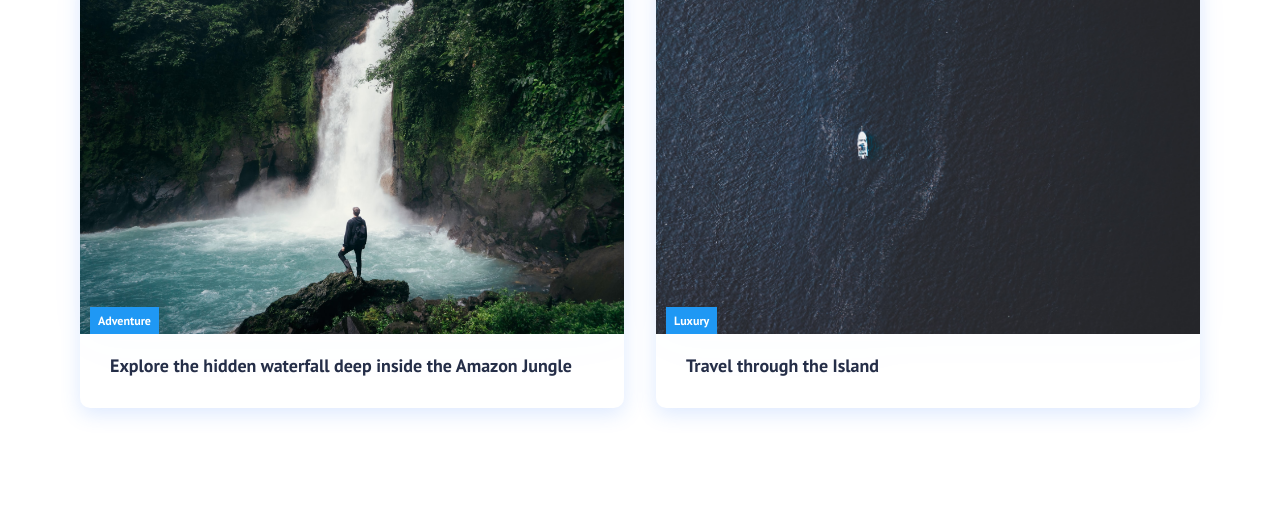
Repository: Yekta-Behzadi/site-with-react
Page: /
The author's editor kept a copy of each file at every save. The page is drawn from the files as they stood at one save, then again after a run of saves.
The browser window is 1280 px wide. The pictures show the part of the page from y = 614 to 1131 px (the page is 1131 px tall).
Some web libraries are served in a nearby version. The project was rebuilt for these pictures with package versions that can differ from the ones it lists, and the page was loaded fresh each time.

Above is the page before, as saved 2020-12-28 14:40:57.

### public/index.html
<!DOCTYPE html>
<html lang="en">
  <head>
    <meta charset="utf-8" />
    <link rel="icon" href="%PUBLIC_URL%/favicon.ico" />
    <meta name="viewport" content="width=device-width, initial-scale=1" />
    <meta name="theme-color" content="#000000" />
    <meta
      name="description"
      content="Web site created using create-react-app"
    />
    <link rel="apple-touch-icon" href="%PUBLIC_URL%/logo192.png" />
    <!--
      manifest.json provides metadata used when your web app is installed on a
      user's mobile device or desktop. See https://developers.google.com/web/fundamentals/web-app-manifest/
    -->
    <link rel="manifest" href="%PUBLIC_URL%/manifest.json" />
    <!--
      Notice the use of %PUBLIC_URL% in the tags above.
      It will be replaced with the URL of the `public` folder during the build.
      Only files inside the `public` folder can be referenced from the HTML.

      Unlike "/favicon.ico" or "favicon.ico", "%PUBLIC_URL%/favicon.ico" will
      work correctly both with client-side routing and a non-root public URL.
      Learn how to configure a non-root public URL by running `npm run build`.
    -->
    <script src="https://kit.fontawesome.com/5deef7d942.js" crossorigin="anonymous"></script>
    <link
    href="https://fonts.googleapis.com/css2?family=PT+Sans:wght@700&display=swap"
    rel="stylesheet"
  />
    <title>React App</title>
  </head>
  <body>
    <noscript>You need to enable JavaScript to run this app.</noscript>
    <div id="root"></div>
    <!--
      This HTML file is a template.
      If you open it directly in the browser, you will see an empty page.

      You can add webfonts, meta tags, or analytics to this file.
      The build step will place the bundled scripts into the <body> tag.

      To begin the development, run `npm start` or `yarn start`.
      To create a production bundle, use `npm run build` or `yarn build`.
    -->
  </body>
</html>

### src/App.js
import React from 'react'
import './App.css';
import Navbar from './components/navbar/Navbar';
import {BrowserRouter as Router, Switch, Route,Redirect} from 'react-router-dom'
import Home from './pages/Home'


function App() {
  return (
    <>
    <Router>
    <Navbar/>
      <Switch>
        <Route path='/' exact component={Home} />

      </Switch>
    </Router>
    </>
  );
}

export default App;

### src/App.css
* {
  box-sizing: border-box;
  margin: 0;
  padding: 0;
  font-family: 'PT Sans', sans-serif;
}

.home,
.services,
.products,
.sign-up {
  display: flex;
  height: 90vh;
  align-items: center;
  justify-content: center;
  font-size: 3rem;
}

.services {
  /* background-image: url('/images/img-2.jpg'); */
  background-position: center;
  background-size: cover;
  background-repeat: no-repeat;
  color: #fff;
  font-size: 100px;
}

.products {
  /* background-image: url('/images/img-1.jpg'); */
  background-position: center;
  background-size: fill;
  background-repeat: no-repeat;
  color: #fff;
  font-size: 100px;
}

.sign-up {
  /* background-image: url('/images/img-8.jpg'); */
  background-position: center;
  background-size: cover;
  background-repeat: no-repeat;
  color: #fff;
  font-size: 100px;
}

### src/components/navbar/Navbar.js
import React,{useState,useEffect} from 'react'
import { Link } from 'react-router-dom'
import { Button } from '../button/Button';
import './Navbar.css'

const Navbar = () => {
const [click, setClick] = useState(false);

const [button, setButton] = useState(true)
const handleClick = ()=> setClick(!click);

const closeMobileMenu = ()=> setClick(false)

const showButton = () =>{
  if (window.innerWidth <= 960) {
    setButton(false)
  }else{
    setButton(true)
  }
}

useEffect(() => {
  showButton()

}, []);

window.addEventListener('resize', showButton);
  return (
    <>
    <nav className="navbar">
      <div className="navbar-container">
        <Link to= '/' className='navbar-logo' onClick={closeMobileMenu} >
          <a>
           LOGO <i class="fab fa-typo3"></i>
            </a>
            </Link>
            <div className="menu-icon" onClick={handleClick} >
              <i className={click ? 'fas fa-times' : 'fas fa-bars'} />
            </div>

            <ul className={click ? 'nav-menu active' : 'nav-menu'} >
              <li className="nav-item">
                <Link to='/'className ='nav-links' onClick={closeMobileMenu} >
                  Home
                </Link>
              </li>
              <li className="nav-item">
                <Link to='/services'className ='nav-links' onClick={closeMobileMenu} >
                  Services
                </Link>
              </li>
              <li className="nav-item">
                <Link to='/products'className ='nav-links' onClick={closeMobileMenu} >
                  Products
                </Link>
              </li>
              <li className="nav-item">
                <Link to='/sign-up'className ='nav-links-mobile' onClick={closeMobileMenu} >
                  Sign Up
                </Link>
              </li>
            </ul>
            {button && <Button buttonStyle='btn--outline' >Sign UP</Button>}
      </div>
    </nav>
    </>
  )
}

export default Navbar

### src/pages/Home.js
import React from 'react'
import '../App.css'
import HeroSection from '../components/HeroSection/HeroSection'
import Cards from '../components/cards/Cards'

const Home = () =>{
  return(
    <>
    <HeroSection/>
    <Cards/>
    </>
  )
}



export default Home

### src/components/button/Button.js
import React from "react";
import "./button.css";
import { Link } from "react-router-dom";

const STYLES = ["btn--perimary", "btn--outline"];
const SIZES = ["btn--medium", "btn--large"];

export const Button = ({
  children,
  type,
  onClick,
  buttonStyle,
  buttonSize,
}) => {
  const checkButtonStyle = STYLES.includes(buttonStyle)
    ? buttonStyle
    : STYLES[0];
  const checkButtonSize = SIZES.includes(buttonSize)
   ? buttonSize
   : SIZES[0];

   return(
     <Link to='/sign-up' className='btn-mobile' >
       <button className={`btn ${checkButtonStyle} ${checkButtonSize}` }
       onClick={onClick}
       type={type} >
         {children}
       </button>
     </Link>
   )
};

### src/components/navbar/Navbar.css
.navbar {
  background: linear-gradient(90deg, rgb(28, 27, 27) 0%, rgb(26, 23, 23) 100%);
  height: 80px;
  display: flex;
  justify-content: center;
  align-items: center;
  font-size: 1.2rem;
  position: sticky;
  top: 0;
  z-index: 999;
}

.navbar-container {
  display: flex;
  justify-content: center;
  align-items: center;
  height: 80px;
  max-width: 1500px;
}

.navbar-logo {
  color: #fff;
  justify-self: start;
  margin-left: 20px;
  cursor: pointer;
  text-decoration: none;
  font-size: 2rem;
  display: flex;
  align-items: center;
}

.fa-typo3 {
  margin-left: 0.5rem;
  font-size: 1.8rem;
}

.nav-menu {
  display: grid;
  grid-template-columns: repeat(4, auto);
  grid-gap: 10px;
  list-style: none;
  text-align: center;
  width: 60vw;
  justify-content: end;
  margin-right: 2rem;
}

.nav-item {
  height: 80px;
}

.nav-links {
  color: #fff;
  display: flex;
  align-items: center;
  text-decoration: none;
  padding: 0.5rem 1rem;
  height: 100%;
}

.nav-links:hover {
  border-bottom: 4px solid #fff;
  transition: all 0.2s ease-out;
}

.fa-bars {
  color: #fff;
}

.nav-links-mobile {
  display: none;
}

.menu-icon {
  display: none;
}

@media screen and (max-width: 960px) {
  .NavbarItems {
    position: relative;
  }

  .nav-menu {
    display: flex;
    flex-direction: column;
    width: 100%;
    height: 90vh;
    position: absolute;
    top: 80px;
    left: -100%;
    opacity: 1;
    transition: all 0.5s ease;
  }

  .nav-menu.active {
    background: #242222;
    left: 0;
    opacity: 1;
    transition: all 0.5s ease;
    z-index: 1;
  }

  .nav-links {
    text-align: center;
    padding: 2rem;
    width: 100%;
    display: table;
  }

  .nav-links:hover {
    background-color: #fff;
    color: #242424;
    border-radius: 0;
  }

  .navbar-logo {
    position: absolute;
    top: 0;
    left: 0;
    transform: translate(25%, 50%);
  }

  .menu-icon {
    display: block;
    position: absolute;
    top: 0;
    right: 0;
    transform: translate(-100%, 60%);
    font-size: 1.8rem;
    cursor: pointer;
  }

  .fa-times {
    color: #fff;
    font-size: 2rem;
  }

  .nav-links-mobile {
    display: block;
    text-align: center;
    margin: 2rem auto;
    border-radius: 4px;
    width: 80%;
    text-decoration: none;
    font-size: 1.5rem;
    background-color: transparent;
    color: #fff;
    padding: 14px 20px;
    border: 1px solid #fff;
    transition: all 0.3s ease-out;
  }

  .nav-links-mobile:hover {
    background: #fff;
    color: #242424;
    transition: 250ms;
  }
}

### src/components/HeroSection/HeroSection.js
import React from 'react'
import { Button } from '../button/Button'
import './HeroSection.css'
import '../../App.css'
const HeroSection = () => {
  return (
    <div className='hero-container' >
      <video src="/videos/video-2.mp4" muted autoPlay loop/>
      <h1>Adventure Await</h1>
      <p>what are you waiting for?</p>

      <div className="hero-btns">
        <Button className = 'btns' buttonStyle = 'btn--outline' buttonSize = 'btn--large'>Get Started</Button>
        <Button className = 'btns' buttonStyle = 'btn--primary' buttonSize = 'btn--large'>Watch Trailer
        <i className='far fa-play-circle' /></Button>
      </div>

    </div>
  )
}

export default HeroSection

### src/components/cards/Cards.js
import React from 'react'
import CardItem from '../cardItem/CardItem'
import './Cards.css'
function Cards() {
  return (
    <div className='cards' >
      <h1> Check out these EPIC Destination!</h1>
      <div className="card__container">
        <div className="cards__wrapper">
          <ul className="cards__items">
            <CardItem
            src='images/img-9.jpg'
            text='Explore the hidden waterfall deep inside the Amazon Jungle'
            label='Adventure'
            path='/services' />
            <CardItem
            src='images/img-3.jpg'
            text='Travel through the Island '
            label='Luxury'
            path='/services' />
          </ul>
        </div>
      </div>
    </div>
  )
}

export default Cards

### src/components/button/button.css
:root {
  --primary: #fff;
}

.btn{
  padding: 8px 20px;
  border:none;
  outline: none;
  cursor: pointer;
  border-radius: 2px;
}

.btn--primary {
  background-color: var(--primary);
  color: #242424;
  border:1px solid var(--primary)
}

.btn--outline{
  background-color: transparent;
  color: #fff;
  padding: 8px 20px;
  border:1px solid var(--primary);
  transition: all 0.3s ease-out;
}

.btn--medium{
  padding: 8px 20px;
  font-size: 20px;
}

.btn--large{
  padding: 12px 26px;
  font-size: 20px;
}

.btn--medium:hover, .btn--large:hover{
  background-color: #fff;
  transition: all 0.3s ease-out;
  color: #242424;
}

### src/components/HeroSection/HeroSection.css
video{
object-fit: cover;
width: 100%;
height: 100%;
position: fixed;
z-index: -1;
}

.hero-container{
  /* background: url('images/img-home.jpg') center center/cover no-repeat; */
  height: 100 vh;
  width: 100%;
  display: flex;
  flex-direction: column;
  justify-content: center;
  align-items: center;
  box-shadow: inset 0 0 0 1000px rgba(0,0,0,0.2);
  object-fit: contain;
}

.hero-container >h1 {
  color: #fff;
  font-size: 100px;
  /* margin-top: -100px; */
}

.hero-container >p{
  color: #fff;
  margin-top: 8px;
  font-size: 32px;
  font-family: 'Trebuchet MS', 'Lucida Sans Unicode', 'Lucida Grande', 'Lucida Sans', Arial, sans-serif;
}

.hero-btns {
  margin-top: 32px;
}

.hero-btns .btn{
  margin: 10px;
}

.fa-play-circle{
  margin-left: 4px;
}

@media screen and (max-width: 960px){
  .hero-container >h1 {
    font-size: 70px;
    /* margin-top: -150px; */
  }
}

@media screen and (max-width: 760px){
  .hero-container >h1 {
    font-size: 50px;
    /* margin-top: -100px; */
  }
}

.hero-container > p {
  font-size: 30px;
}

.btn-mobile {
  display: block;
  text-decoration: none;
}

.btn{
  width: 100%;
}

### src/components/cardItem/CardItem.js
import React from 'react'
import {Link} from 'react-router-dom'

const CardItem = ({path,src,text,label}) => {
  return (
    <>
    <li className="cards__item">
      <Link className='cards__item__link' to={path} >
        <figure className="cards__item__pic-wrap" data-category={label} >
          <img src={src} alt="Travel Image" className="cards__item__img"/>
        </figure>
        <div className="cards__item__info">
          <h5 className="cards__item__text"> {text} </h5>
        </div>
      </Link>

    </li>
    </>
  )
}

export default CardItem

### src/components/cards/Cards.css
.cards {
  padding: 4rem;
  background: #fff;
}

h1 {
  text-align: center;
}

.cards__container {
  display: flex;
  flex-flow: column;
  align-items: center;
  max-width: 1120px;
  width: 90%;
  margin: 0 auto;
}

.cards__wrapper {
  position: relative;
  margin: 50px 0 45px;
}

.cards__items {
  margin-bottom: 24px;
}

.cards__item {
  display: flex;
  flex: 1;
  margin: 0 1rem;
  border-radius: 10px;
}

.cards__item__link {
  display: flex;
  flex-flow: column;
  width: 100%;
  box-shadow: 0 6px 20px rgba(56, 125, 255, 0.17);
  -webkit-filter: drop-shadow(0 6px 20px rgba(56, 125, 255, 0.017));
  filter: drop-shadow(0 6px 20px rgba(56, 125, 255, 0.017));
  border-radius: 10px;
  overflow: hidden;
  text-decoration: none;
}

.cards__item__pic-wrap {
  position: relative;
  width: 100%;
  padding-top: 67%;
  overflow: hidden;
}

.fade-img {
  animation-name: fade-img;
  animation-duration: 2s;
}

.cards__item__pic-wrap::after {
  content: attr(data-category);
  position: absolute;
  bottom: 0;
  margin-left: 10px;
  padding: 6px 8px;
  max-width: calc((100%) - 60px);
  font-size: 12px;
  font-weight: 700;
  color: #fff;
  background-color: #1f98f4;
  box-sizing: border-box;
}

.cards__item__img {
  position: absolute;
  top: 0;
  right: 0;
  bottom: 0;
  left: 0;
  display: block;
  width: 100%;
  max-width: 100%;
  height: 100%;
  max-height: 100%;
  object-fit: cover;
  transition: all 0.2s linear;
}

.cards__item__img:hover {
  transform: scale(1.1);
}

.cards__item__info {
  padding: 20px 30px 30px;
}

.cards__item__text {
  color: #252e48;
  font-size: 18px;
  line-height: 24px;
}

@media only screen and (min-width: 1200px) {
  .content__blog__container {
    width: 84%;
  }
}

@media only screen and (min-width: 1024px) {
  .cards__items {
    display: flex;
  }
}

@media only screen and (max-width: 1024px) {
  .cards__item {
    margin-bottom: 2rem;
  }
}

Loaded but not shown: src/index.js (common file)

After the next 2 saves:
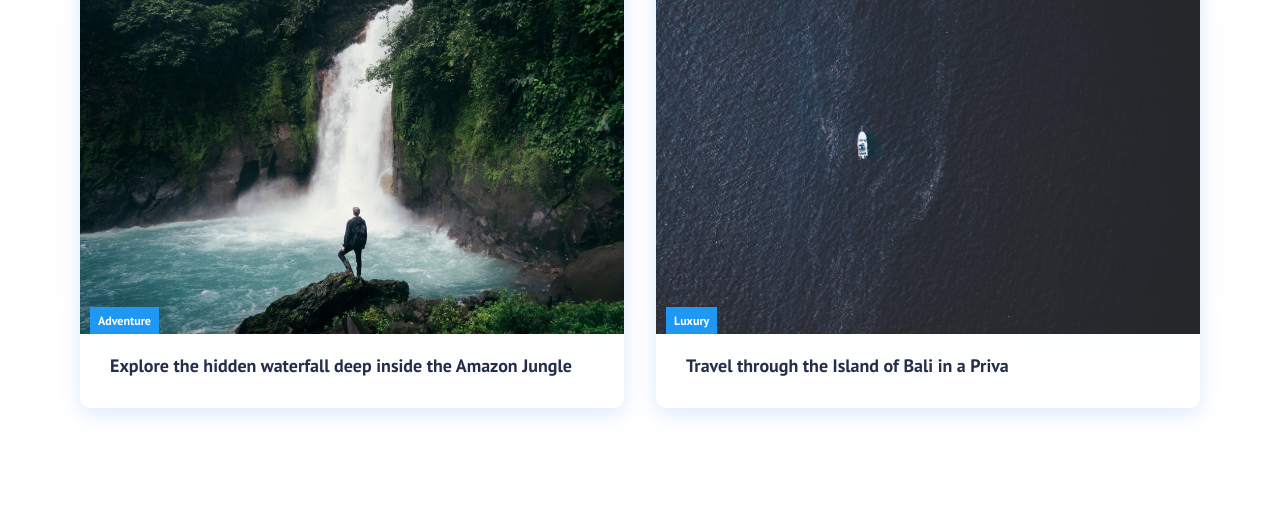
The 2 saves are shown as one change because they came seconds apart.
The last was saved 9 s later.
--- a/src/components/cards/Cards.js
+++ b/src/components/cards/Cards.js
@@ -15,7 +15,7 @@ function Cards() {
             path='/services' />
             <CardItem
             src='images/img-3.jpg'
-            text='Travel through the Island '
+            text='Travel through the Island of Bali in a Priva'
             label='Luxury'
             path='/services' />
           </ul>
